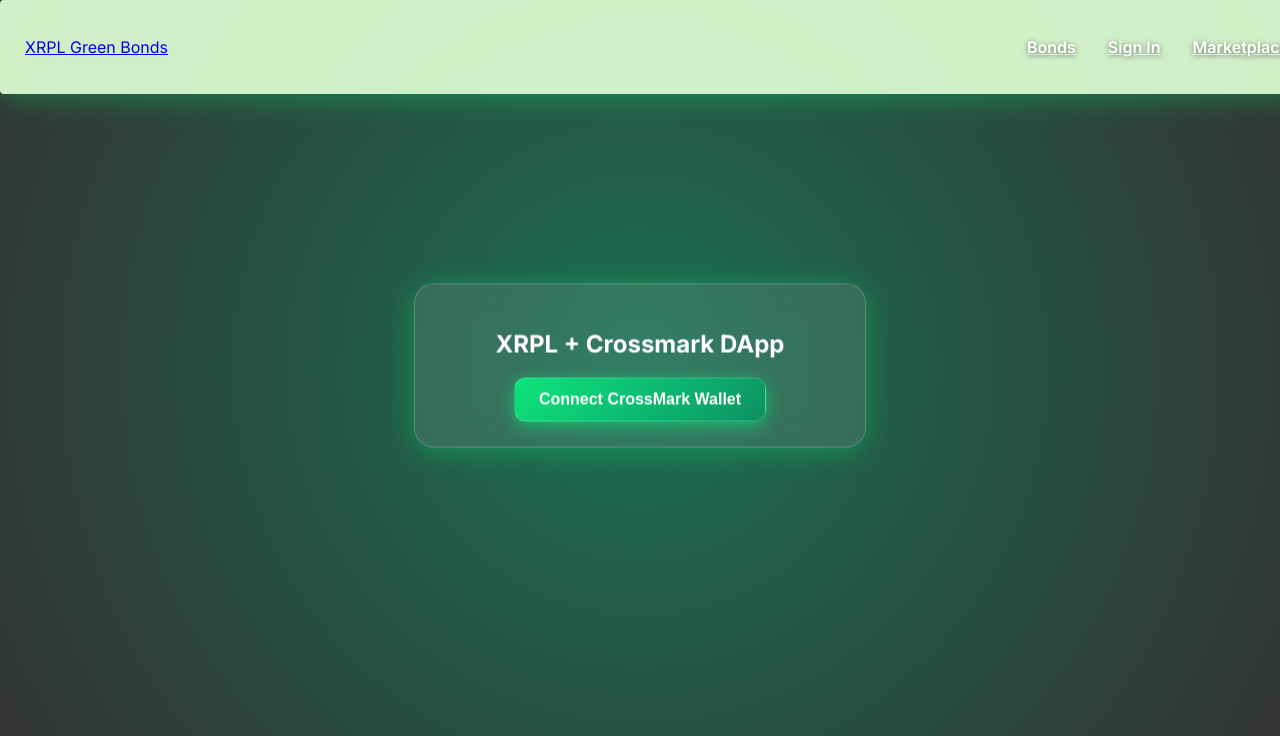
Repository: pbryzek/hackathon-xrpl
Page: / (app in frontend/)
The author's editor kept a copy of each file at every save. The page is drawn from the files as they stood at one save, then again after the next save.
The browser window is 1280 px wide. The pictures show the whole page.
The page's requests for data from a server got no answer. The project was rebuilt for these pictures with package versions that can differ from the ones it lists, and the page was loaded fresh each time. No one was signed in, and anything a server would have sent is missing. Also part of the build but not shown: frontend/vite.config.ts, frontend/src/services/bondService.ts, frontend/src/pages/BondSelection.tsx, frontend/src/lib/utils.ts, frontend/src/components/ui/button.tsx, frontend/src/components/ui/input.tsx, frontend/src/components/ui/label.tsx, frontend/src/components/ui/tabs.tsx and 15 more.

Above is the page before, as saved 2025-03-15 11:47:00.

### frontend/index.html
<!DOCTYPE html>
<html lang="en">
  <head>
    <meta charset="UTF-8" />
    <meta name="viewport" content="width=device-width, initial-scale=1.0" />
    <title>buy-sell-bonds</title>
    <meta name="description" content="Lovable Generated Project" />
    <meta name="author" content="Lovable" />
    <meta property="og:image" content="/og-image.png" />
  </head>

  <body>
    <div id="root"></div>
    <!-- IMPORTANT: DO NOT REMOVE THIS SCRIPT TAG OR THIS VERY COMMENT! -->
    <script src="https://cdn.gpteng.co/gptengineer.js" type="module"></script>
    <script type="module" src="/src/main.tsx"></script>
  </body>
</html>

### frontend/src/main.tsx
import { createRoot } from 'react-dom/client'
import App from './App.tsx'
import './index.css'
import './index1.css'

createRoot(document.getElementById("root")!).render(<App />);

### frontend/src/App.tsx
import React from "react";
import { BrowserRouter as Router, Routes, Route } from "react-router-dom";
import BondSelection from "./pages/BondSelection";
import CrossMarkAuth from "./pages/CrossMarkAuth";
import Index from "./pages/Index";
import NotFound from "./pages/NotFound";
// ✅ Import the Header Component
import Header from "./components/ui/header";
import "./index.css"; // ✅ Ensure Tailwind is applied
import "./index1.css"; // ✅ Ensure Tailwind is applied


const App: React.FC = () => {
  return (
    <Router>
      <div className="flex flex-col min-h-screen bg-background text-foreground">
        <Header />
        <main className="flex-grow p-4">
          <Routes>
            <Route path="/" element={<CrossMarkAuth />} />
            <Route path="/bonds" element={<BondSelection />} />
            <Route path="/marketplace" element={<Index />} />
            <Route path="*" element={<NotFound />} />
          </Routes>
        </main>
      </div>
    </Router>
  );
};

export default App;

### frontend/src/index.css
@import url('https://fonts.googleapis.com/css2?family=Inter:wght@100;200;300;400;500;600;700;800;900&display=swap');

@tailwind base;
@tailwind components;
@tailwind utilities;


@layer base {
  :root {
    --background: 210 40% 98%;
    --foreground: 222 47% 11%;

    --card: 0 0% 100%;
    --card-foreground: 222 47% 11%;

    --popover: 0 0% 100%;
    --popover-foreground: 222 47% 11%;

    --primary: 221 83% 53%;
    --primary-foreground: 210 40% 98%;

    --secondary: 210 40% 96%;
    --secondary-foreground: 222 47% 11%;

    --muted: 210 40% 96%;
    --muted-foreground: 220 16% 46%;

    --accent: 210 40% 96%;
    --accent-foreground: 222 47% 11%;

    --destructive: 0 84% 60%;
    --destructive-foreground: 210 40% 98%;

    --border: 220 14% 90%;
    --input: 220 14% 90%;
    --ring: 221 83% 53%;

    --radius: 0.8rem;

    --bond-blue: 221 83% 53%;
    --bond-blue-light: 213 94% 68%;
    --bond-blue-dark: 224 76% 48%;
    --bond-gray: 220 14% 90%;
    --bond-gray-light: 220 14% 95%;
    --bond-gray-dark: 218 11% 80%;
    --bond-green: 142 76% 36%;
    --bond-red: 0 84% 60%;
  }

  .dark {
    --background: 222 47% 11%;
    --foreground: 210 40% 98%;

    --card: 222 47% 11%;
    --card-foreground: 210 40% 98%;

    --popover: 222 47% 11%;
    --popover-foreground: 210 40% 98%;

    --primary: 217 91% 60%;
    --primary-foreground: 222 47% 11%;

    --secondary: 217 33% 17%;
    --secondary-foreground: 210 40% 98%;

    --muted: 217 33% 17%;
    --muted-foreground: 215 20% 65%;

    --accent: 217 33% 17%;
    --accent-foreground: 210 40% 98%;

    --destructive: 0 63% 31%;
    --destructive-foreground: 210 40% 98%;

    --border: 217 33% 17%;
    --input: 217 33% 17%;
    --ring: 224 76% 48%;
  }
}

@layer base {
  body {
    background-color: hsl(var(--background));
    color: hsl(var(--foreground));
  }
}

.glass-panel {
  background-color: rgba(255, 255, 255, 0.9);
  backdrop-filter: blur(12px);
  border: 1px solid rgba(255, 255, 255, 0.4);
  box-shadow: 0 4px 6px -1px rgba(0, 0, 0, 0.1), 0 2px 4px -1px rgba(0, 0, 0, 0.06);
}

.animate-enter {
  animation: fade-in 0.4s forwards, slide-up 0.4s forwards;
}

.bond-hover {
  transition: all 0.2s ease-out;
}

.bond-hover:hover {
  transform: translateY(-2px);
}

/* Scrollbar styling */
::-webkit-scrollbar {
  width: 6px;
  height: 6px;
}

::-webkit-scrollbar-track {
  background: transparent;
}

::-webkit-scrollbar-thumb {
  background: hsl(var(--bond-gray-dark));
  border-radius: 6px;
}

::-webkit-scrollbar-thumb:hover {
  background: hsl(var(--bond-blue-light));
}

/* ✅ Floating effect for navbar */
header {
  box-shadow: 0px 4px 30px rgba(0, 255, 128, 0.3);
}

### frontend/src/index1.css
@tailwind base;
@tailwind components;
@tailwind utilities;

@keyframes float {
  0% { transform: translateY(0px); }
  50% { transform: translateY(-10px); }
  100% { transform: translateY(0px); }
}

/* ✅ Global Styles */
body {
  background: radial-gradient(circle, rgba(2, 96, 64, 0.9) 0%, rgba(0, 0, 0, 0.8) 100%);
  color: white;
  font-family: "Inter", sans-serif;
}

/* ✅ Floating Animation */
.floating {
  animation: float 3s ease-in-out infinite;
}

.links {
  right: -10000;
}

/* ✅ Lightened Glassmorphism Navbar */
.header {
  background: rgba(221, 253, 211, 0.931); /* Lighter semi-transparent */
  backdrop-filter: blur(20px);
  box-shadow: 0px px 15px rgba(187, 253, 220, 0.4);
  padding: 25px;
  border-radius: 4px;
  position: fixed;
  top: 0;
  left: 0;
  width: 100%;
  z-index: 50;
}

/* ✅ Navbar Links */
.nav-link {
  color: white !important; /* Brighter for visibility */
  font-weight: 600;
  text-shadow: 0px 1px 5px rgba(0, 0, 0, 0.5); /* Slight glow */
  padding: 12px 16px;
  border-radius: 8px;
  transition: background 0.3s ease-in-out;
}

.nav-link:hover {
  background: rgba(255, 255, 255, 0.4);
  color: #001F1F; /* Darker contrast on hover */
  text-shadow: none;
}

/* ✅ Logo Visibility */
.logo {
  font-size: 14rem;
  font-weight: bold;
  color: #00FF99; /* Neon green */
  text-shadow: 0px 2px 10px rgba(0, 255, 128, 0.7);
}







/* ✅ Glass Card */
.glass-card {
  background: rgba(255, 255, 255, 0.1); /* Semi-transparent white */
  backdrop-filter: blur(15px); /* Smooth frosted glass effect */
  box-shadow: 0px 4px 30px rgba(0, 255, 128, 0.3); /* Stronger green glow */
  border: 1px solid rgba(255, 255, 255, 0.2); /* Subtle border */
  padding: 25px;
  border-radius: 20px;
  transition: all 0.3s ease-in-out;
}

.glass-card:hover {
  box-shadow: 0px 6px 35px rgba(0, 255, 128, 0.5); /* More intense on hover */
  transform: scale(1.02); /* Slight expansion effect */
}

/* ✅ Glass Button */
.glass-button {
  background: linear-gradient(135deg, rgba(0, 255, 128, 0.8), rgba(0, 150, 100, 0.8));
  color: white;
  padding: 12px 24px;
  border-radius: 12px;
  font-size: 16px;
  font-weight: bold;
  backdrop-filter: blur(15px);
  border: 1px solid rgba(255, 255, 255, 0.2);
  box-shadow: 0px 4px 15px rgba(0, 255, 128, 0.5);
  transition: all 0.3s ease-in-out;
}

.glass-button:hover {
  background: linear-gradient(135deg, rgba(0, 255, 128, 1), rgba(0, 150, 100, 1));
  transform: scale(1.05);
  box-shadow: 0px 6px 20px rgba(0, 255, 128, 0.7);
}

.glass-button:disabled {
  background: rgba(255, 255, 255, 0.2);
  cursor: not-allowed;
  box-shadow: none;
}

### frontend/src/pages/CrossMarkAuth.tsx
import React, { useState, useEffect } from "react";
import sdk from "@crossmarkio/sdk";
import * as xrpl from "xrpl";
import "../index1.css"
import { signIn } from "../services/authService"; // Import service

const CrossmarkAuth: React.FC = () => {
  const [account, setAccount] = useState<string | null>(null);
  const [balance, setBalance] = useState<string | null>(null);
  const [isLoading, setIsLoading] = useState<boolean>(false);

  useEffect(() => {
    console.log("Crossmark session will not restore automatically.");
    // Do NOT check localStorage or auto-authenticate
  }, []);


  const signInWithCrossmark = async () => {
    setIsLoading(true);
    try {
      console.log("User clicked sign-in, starting authentication...");

      // Step 1: Authenticate via Crossmark
      const { response } = await sdk.methods.signInAndWait();
      if (!response || !response.data || !response.data.address) {
        throw new Error("Failed to authenticate with Crossmark");
      }

      const userAccount = response.data.address;
      setAccount(userAccount);
      fetchBalance(userAccount);

      // Step 2: Send wallet address to backend
      console.log("Sending wallet address to backend...");
      const backendResponse = await signIn();
      console.log("Backend Response:", backendResponse);

    } catch (error) {
      console.error("Crossmark sign-in failed:", error);
    } finally {
      setIsLoading(false);
    }
  };

  const fetchBalance = async (walletAddress: string) => {
    try {
      const client = new xrpl.Client("wss://s.altnet.rippletest.net/");
      await client.connect();
      const response = await client.request({
        command: "account_info",
        account: walletAddress,
        ledger_index: "validated",
      });
      const xrpBalance = xrpl.dropsToXrp(response.result.account_data.Balance);
      setBalance(xrpBalance.toString());
      client.disconnect();
    } catch (error) {
      console.error("Error fetching balance:", error);
    }
  };

  return (
    <div className="flex justify-center items-center h-screen bg-background">
      <div className="floating glass-card text-center w-[400px]">
        <h2 className="text-2xl font-semibold text-primary mb-4">XRPL + Crossmark DApp</h2>

        {!account ? (
          <button
            onClick={signInWithCrossmark}
            disabled={isLoading}
            className="glass-button transition-all duration-300"
          >
            {isLoading ? "Signing in..." : "Connect CrossMark Wallet"}
          </button>
        ) : (
          <>
            <p className="text-lg text-white/90 mb-2">Connected Wallet:</p>
            <p className="text-white text-lg font-bold">{account}</p>
            <p className="text-sm text-white/70 mt-2">Balance: {balance} XRP</p>
          </>
        )}
      </div>
    </div>
  );
};

export default CrossmarkAuth;

### frontend/src/components/ui/header.tsx
import React from "react";
import { Link } from "react-router-dom";

const Header: React.FC = () => {
  return (
    <header className="header">
      <div className="container mx-auto flex justify-between items-center px-6">
        {/* ✅ Logo */}
        <Link to="/" className="text-2xl font-extrabold text-primary tracking-wider">
          XRPL Green Bonds
        </Link>

        {/* ✅ Navigation Links */}
        <div className="links">
            <nav className="flex space-x-6">
            <Link to="/bonds" className="nav-link">Bonds</Link>
            <Link to="/auth" className="nav-link">Sign In</Link>
            <Link to="/marketplace" className="nav-link">Marketplace</Link>
            </nav>
        </div>
      </div>
    </header>
  );
};

export default Header;

### frontend/src/services/authService.ts
const BACKEND_URL = import.meta.env.VITE_BACKEND_DOMAIN;

export const signIn = async () => {
    try {
      const response = await fetch(`${BACKEND_URL}/create-signin`, {
        method: "POST",
        headers: {
          "Content-Type": "application/json",
        },
      });

      if (!response.ok) {
        throw new Error(`HTTP error! Status: ${response.status}`);
      }

      const data = await response.json();
      console.log("Sign-in response:", data);
      return data;
    } catch (error) {
      console.error("Error signing in:", error);
      throw error;
    }
};

After the next save:
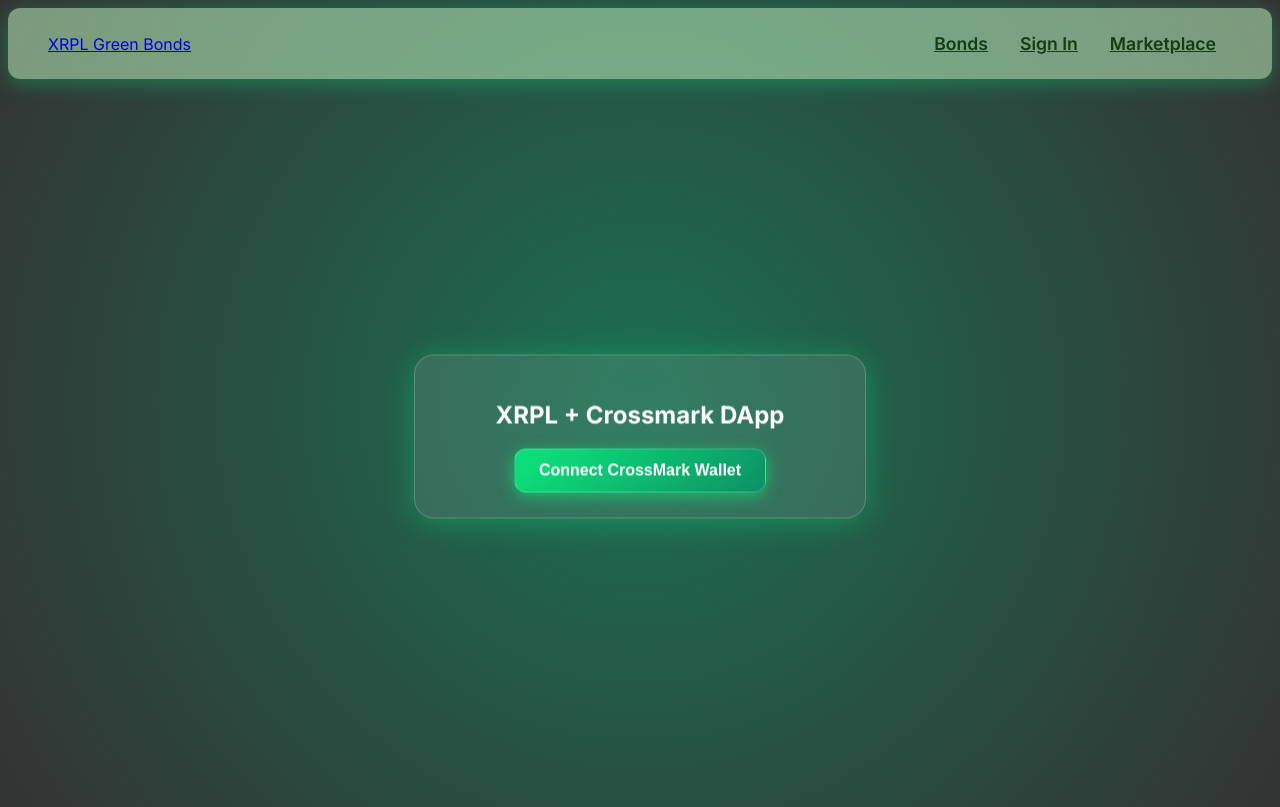
Saved 21 s later.
--- a/frontend/src/index1.css
+++ b/frontend/src/index1.css
@@ -20,46 +20,64 @@
   animation: float 3s ease-in-out infinite;
 }
 
-.links {
-  right: -10000;
+/* ✅ Updated Glassmorphism Header */
+.header {
+  background: rgba(200, 255, 200, 0.5); /* Light Green Glass Effect */
+  backdrop-filter: blur(20px);
+  padding: 15px 40px; /* More space around */
+  border-radius: 12px;
+  box-shadow: 0px 4px 20px rgba(0, 255, 128, 0.3);
 }
 
-/* ✅ Lightened Glassmorphism Navbar */
-.header {
-  background: rgba(221, 253, 211, 0.931); /* Lighter semi-transparent */
-  backdrop-filter: blur(20px);
-  box-shadow: 0px px 15px rgba(187, 253, 220, 0.4);
-  padding: 25px;
-  border-radius: 4px;
-  position: fixed;
-  top: 0;
-  left: 0;
-  width: 100%;
-  z-index: 50;
+/* ✅ Logo Styling */
+.header .logo {
+  font-size: 1.8rem;
+  font-weight: 800;
+  color: rgba(10, 50, 10, 1); /* Darker green for contrast */
+  text-transform: uppercase;
+  letter-spacing: 1.2px;
+  transition: color 0.3s ease-in-out;
 }
 
-/* ✅ Navbar Links */
+.header .logo:hover {
+  color: rgba(0, 150, 100, 1);
+}
+
+/* ✅ Navigation Links */
+.navbar {
+  display: flex;
+  gap: 20px;
+}
+
 .nav-link {
-  color: white !important; /* Brighter for visibility */
+  font-size: 1.1rem;
   font-weight: 600;
-  text-shadow: 0px 1px 5px rgba(0, 0, 0, 0.5); /* Slight glow */
-  padding: 12px 16px;
-  border-radius: 8px;
-  transition: background 0.3s ease-in-out;
+  color: rgba(10, 50, 10, 0.9);
+  padding: 10px 16px;
+  border-radius: 10px;
+  transition: all 0.3s ease-in-out;
 }
 
 .nav-link:hover {
-  background: rgba(255, 255, 255, 0.4);
-  color: #001F1F; /* Darker contrast on hover */
-  text-shadow: none;
+  background: rgba(255, 255, 255, 0.3);
+  transform: scale(1.05);
 }
 
-/* ✅ Logo Visibility */
-.logo {
-  font-size: 14rem;
+/* ✅ Subtle Button Style */
+.button-link {
+  font-size: 1rem;
   font-weight: bold;
-  color: #00FF99; /* Neon green */
-  text-shadow: 0px 2px 10px rgba(0, 255, 128, 0.7);
+  color: white;
+  padding: 10px 20px;
+  border-radius: 10px;
+  background: linear-gradient(135deg, rgba(0, 255, 128, 0.9), rgba(0, 150, 100, 0.9));
+  box-shadow: 0px 4px 10px rgba(0, 255, 128, 0.5);
+  transition: all 0.3s ease-in-out;
+}
+
+.button-link:hover {
+  background: linear-gradient(135deg, rgba(0, 255, 128, 1), rgba(0, 150, 100, 1));
+  transform: scale(1.05);
 }
 
 

After the save that followed:
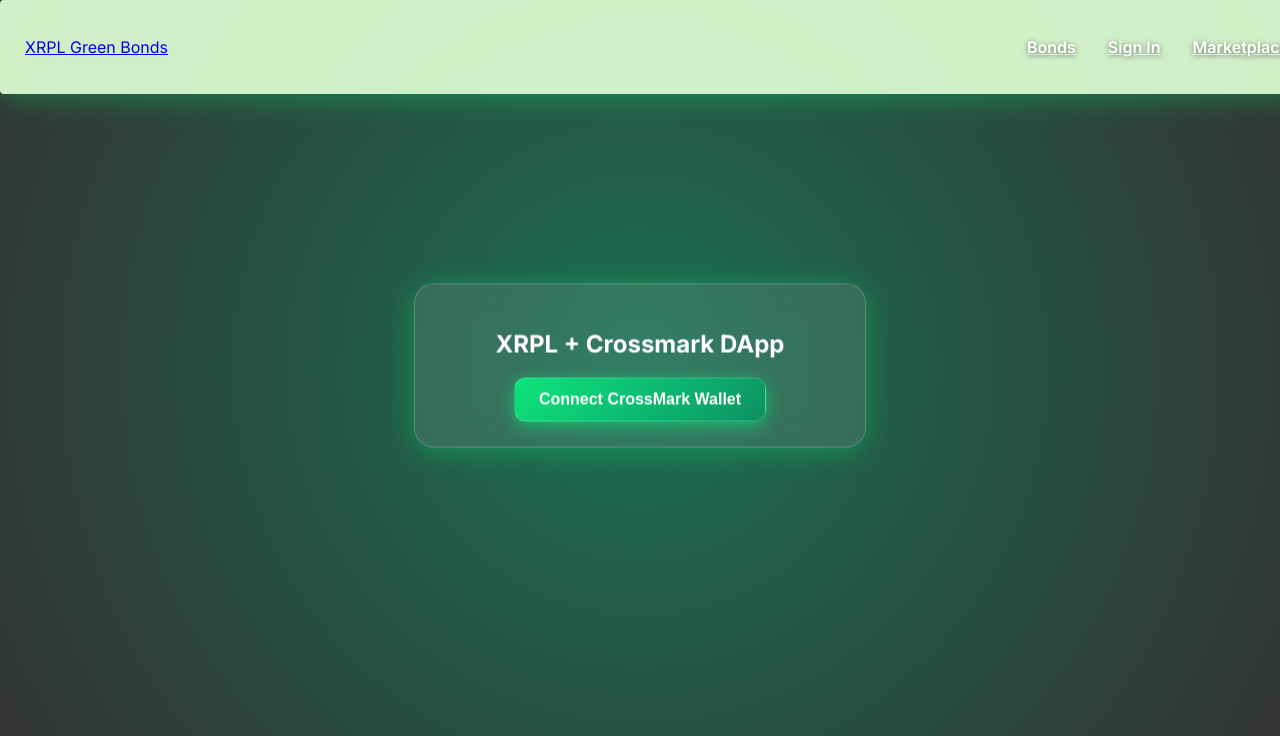
Saved 18 s later.
--- a/frontend/src/index1.css
+++ b/frontend/src/index1.css
@@ -20,64 +20,46 @@
   animation: float 3s ease-in-out infinite;
 }
 
-/* ✅ Updated Glassmorphism Header */
-.header {
-  background: rgba(200, 255, 200, 0.5); /* Light Green Glass Effect */
-  backdrop-filter: blur(20px);
-  padding: 15px 40px; /* More space around */
-  border-radius: 12px;
-  box-shadow: 0px 4px 20px rgba(0, 255, 128, 0.3);
+.links {
+  right: -1000;
 }
 
-/* ✅ Logo Styling */
-.header .logo {
-  font-size: 1.8rem;
-  font-weight: 800;
-  color: rgba(10, 50, 10, 1); /* Darker green for contrast */
-  text-transform: uppercase;
-  letter-spacing: 1.2px;
-  transition: color 0.3s ease-in-out;
+/* ✅ Lightened Glassmorphism Navbar */
+.header {
+  background: rgba(221, 253, 211, 0.931); /* Lighter semi-transparent */
+  backdrop-filter: blur(20px);
+  box-shadow: 0px px 15px rgba(187, 253, 220, 0.4);
+  padding: 25px;
+  border-radius: 4px;
+  position: fixed;
+  top: 0;
+  left: 0;
+  width: 100%;
+  z-index: 50;
 }
 
-.header .logo:hover {
-  color: rgba(0, 150, 100, 1);
-}
-
-/* ✅ Navigation Links */
-.navbar {
-  display: flex;
-  gap: 20px;
-}
-
+/* ✅ Navbar Links */
 .nav-link {
-  font-size: 1.1rem;
+  color: white !important; /* Brighter for visibility */
   font-weight: 600;
-  color: rgba(10, 50, 10, 0.9);
-  padding: 10px 16px;
-  border-radius: 10px;
-  transition: all 0.3s ease-in-out;
+  text-shadow: 0px 1px 5px rgba(0, 0, 0, 0.5); /* Slight glow */
+  padding: 12px 16px;
+  border-radius: 8px;
+  transition: background 0.3s ease-in-out;
 }
 
 .nav-link:hover {
-  background: rgba(255, 255, 255, 0.3);
-  transform: scale(1.05);
+  background: rgba(255, 255, 255, 0.4);
+  color: #001F1F; /* Darker contrast on hover */
+  text-shadow: none;
 }
 
-/* ✅ Subtle Button Style */
-.button-link {
-  font-size: 1rem;
+/* ✅ Logo Visibility */
+.logo {
+  font-size: 14rem;
   font-weight: bold;
-  color: white;
-  padding: 10px 20px;
-  border-radius: 10px;
-  background: linear-gradient(135deg, rgba(0, 255, 128, 0.9), rgba(0, 150, 100, 0.9));
-  box-shadow: 0px 4px 10px rgba(0, 255, 128, 0.5);
-  transition: all 0.3s ease-in-out;
-}
-
-.button-link:hover {
-  background: linear-gradient(135deg, rgba(0, 255, 128, 1), rgba(0, 150, 100, 1));
-  transform: scale(1.05);
+  color: #00FF99; /* Neon green */
+  text-shadow: 0px 2px 10px rgba(0, 255, 128, 0.7);
 }
 
 
